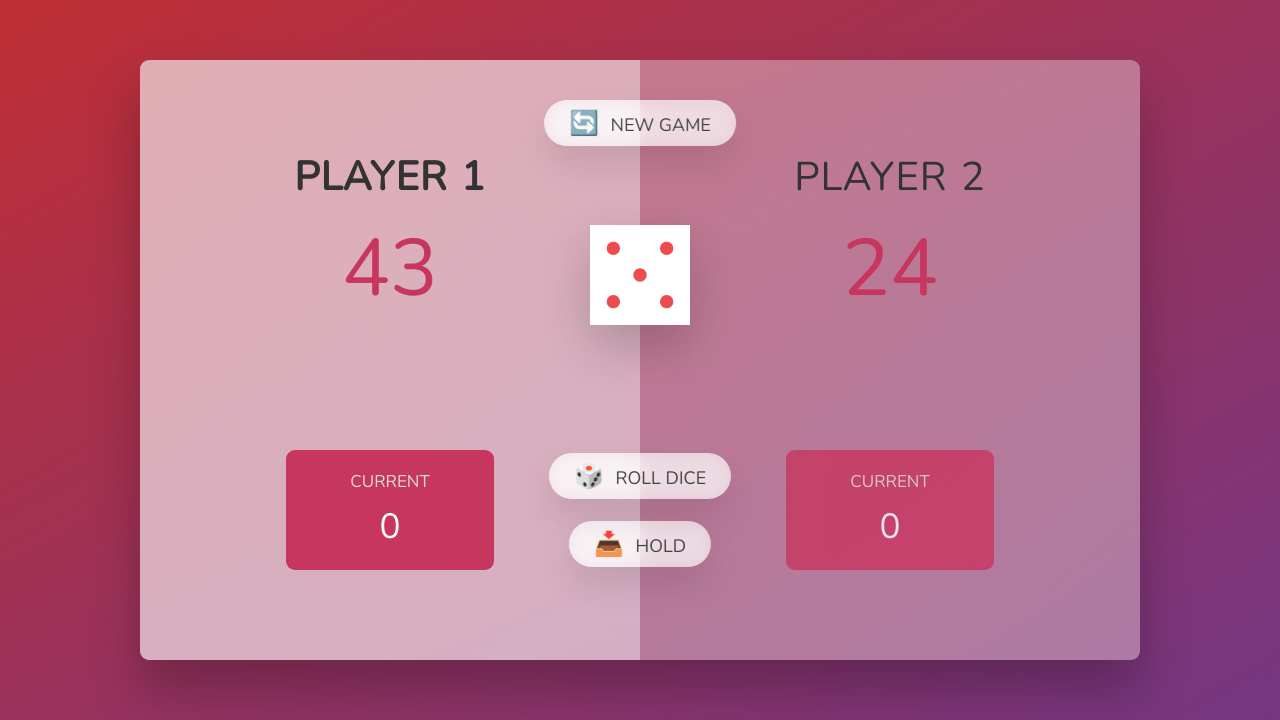
Repository: AbanoubSamyTawfek2002/pig-game
Page: index.html
These files come from the project's save history. The page is drawn as it stood at one moment and after the next save; the edit follows.
The browser window is 1280 px wide. The pictures show the whole page.

Above is the page before, as saved 2025-09-26 01:05:12.

After the next save:
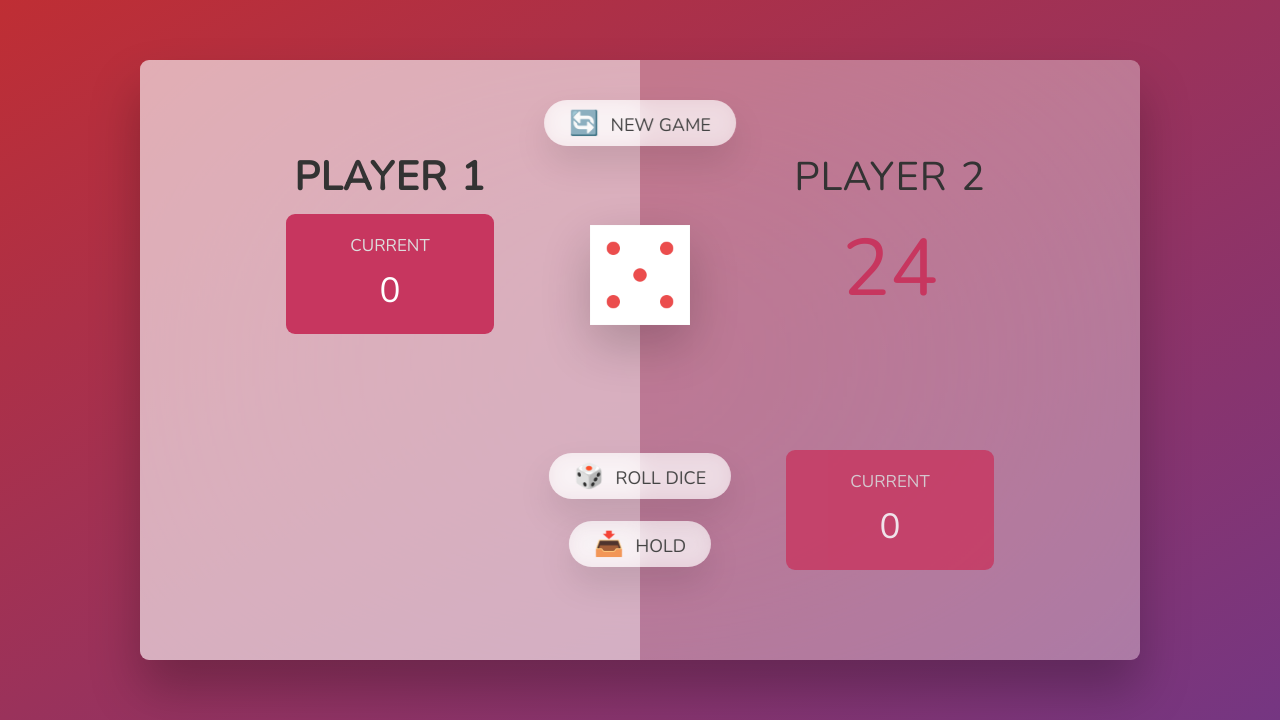
Saved 2 s later.
--- a/index.html
+++ b/index.html
@@ -11,7 +11,7 @@
     <main>
       <section class="player player--0 player--active">
         <h2 class="name" id="name--0">Player 1</h2>
-        <p class="score hideen" id="score--0">43</p>
+        <p class="score hidden" id="score--0">43</p>
         <div class="current">
           <p class="current-label">Current</p>
           <p class="current-score" id="current--0">0</p>

After the save that followed:
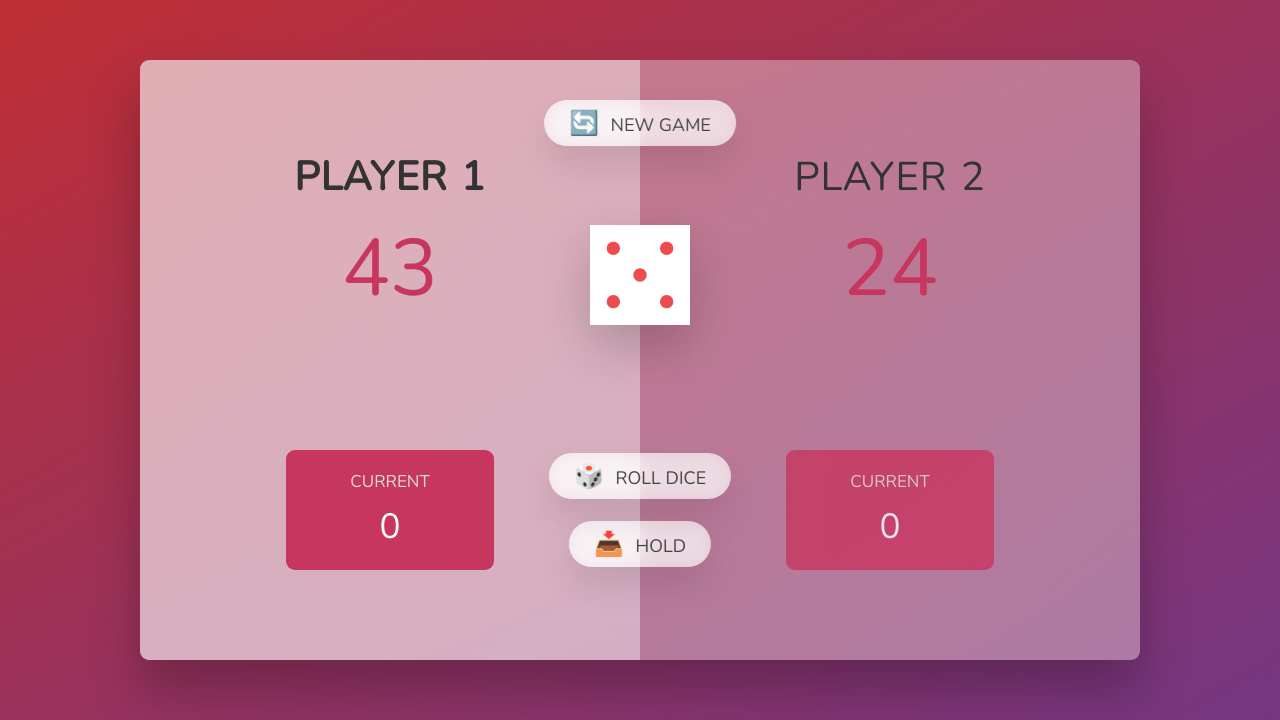
Saved 6 s later.
--- a/index.html
+++ b/index.html
@@ -11,7 +11,7 @@
     <main>
       <section class="player player--0 player--active">
         <h2 class="name" id="name--0">Player 1</h2>
-        <p class="score hidden" id="score--0">43</p>
+        <p class="score" id="score--0">43</p>
         <div class="current">
           <p class="current-label">Current</p>
           <p class="current-score" id="current--0">0</p>
